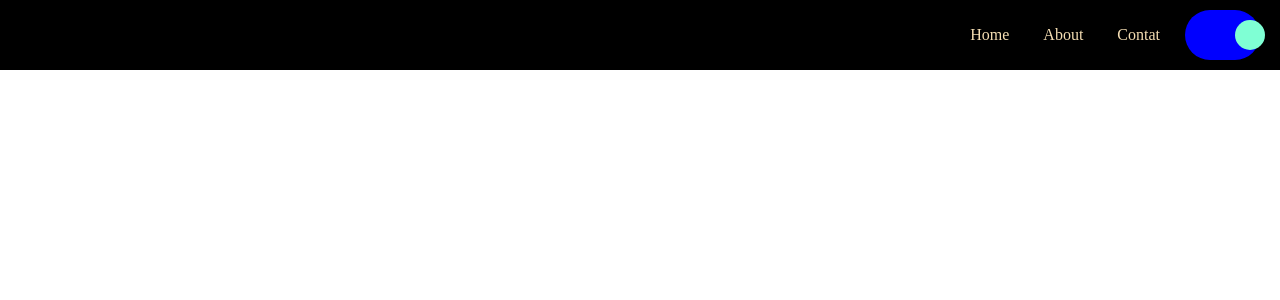
Repository: imokha01/toggleNavBar
Page: index.html
The author's editor kept a copy of each file at every save. The page is drawn from the files as they stood at one save, then again after the next save.
The browser window is 1280 px wide. The pictures show the whole page.
The first `.checkbox` is checked.

Above is the page before, as saved 2023-12-26 22:39:52.

After the next save:
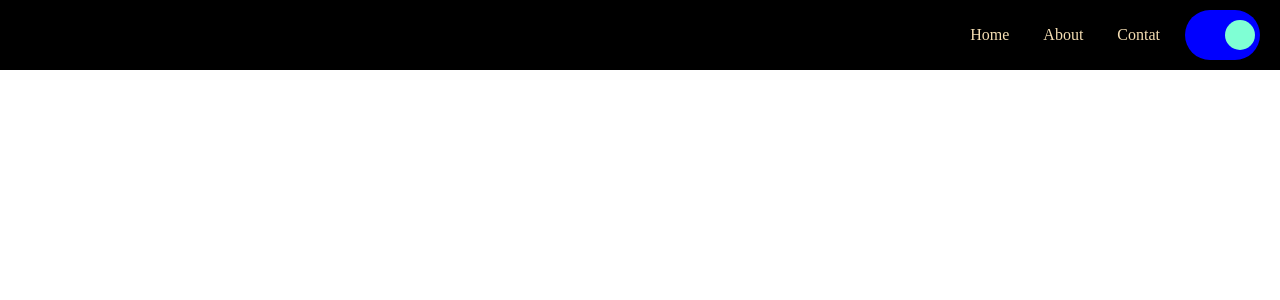
Saved 25 s later.
--- a/style.css
+++ b/style.css
@@ -61,5 +61,5 @@
 }
 
 .checkbox:checked::before{
-    left: 40px
+    left: 30px
 }
